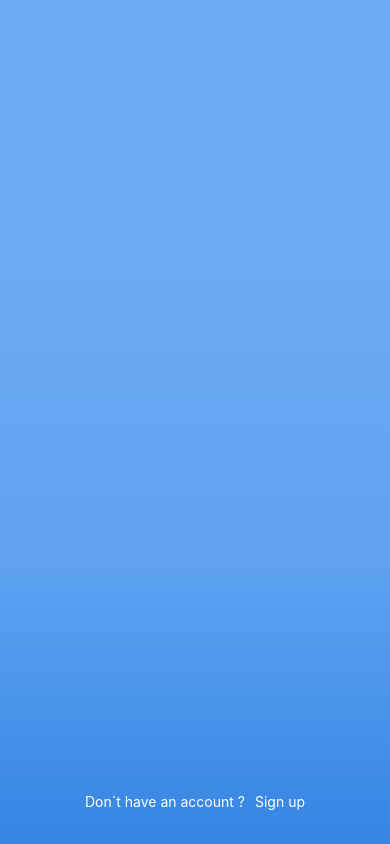
Repository: kamarajcalm/loginpage
Screen: /
An editor plug-in stored every save of this project. The screen is shown before and after the next save, followed by the edit.
The app was drawn by React Native's web renderer in a window 390 px wide. The project was rebuilt for these pictures with package versions that can differ from the ones it lists, and the page was loaded fresh each time.

Above is the screen before, as saved 2021-12-25 23:49:01.

### App.js
import { StatusBar } from 'expo-status-bar';
import { StyleSheet, Text, View, TouchableOpacity } from 'react-native';
import { LinearGradient } from 'expo-linear-gradient';

export default function App() {
  return (
    <LinearGradient style={styles.container}
      colors={["#70ACF4", '#6CAAF3', "#5FA2F1", "#3585E4",]}
    >

      <StatusBar style="auto" />

      <View style={styles.content}>

      </View>
      <View style={styles.footer}>
        <View>
          <Text style={styles.text}>Don`t have an account ?</Text>
        </View>
        <TouchableOpacity style={{ marginLeft: 10 }}>
          <Text style={styles.text}>Sign up</Text>
        </TouchableOpacity>
      </View>
    </LinearGradient>
  );
}

const styles = StyleSheet.create({
  container: {
    flex: 1,

  },

  content: {
    flex: 0.9,
    alignItems: "center",
    justifyContent: "center"
  },
  footer: {
    flex: 0.1,
    flexDirection: "row",
    alignItems: "center",
    justifyContent: "center"
  },
  text: {
    color: "#fff"
  }
});

After the next save:
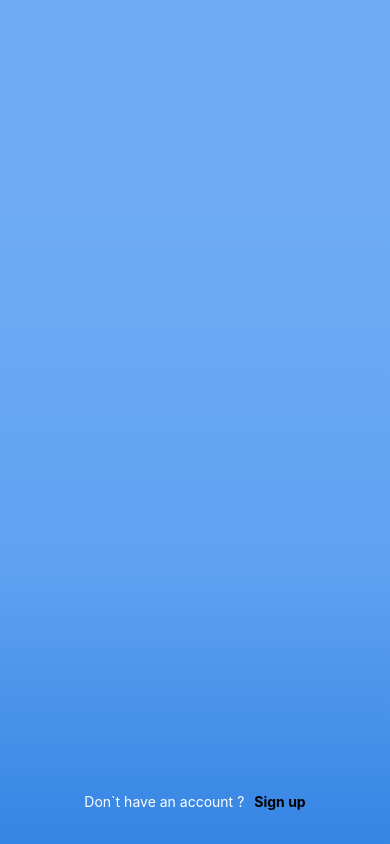
Saved 14 s later.
--- a/App.js
+++ b/App.js
@@ -18,7 +18,7 @@ export default function App() {
           <Text style={styles.text}>Don`t have an account ?</Text>
         </View>
         <TouchableOpacity style={{ marginLeft: 10 }}>
-          <Text style={styles.text}>Sign up</Text>
+          <Text style={styles.text, { fontWeight: "bold" }}>Sign up</Text>
         </TouchableOpacity>
       </View>
     </LinearGradient>
